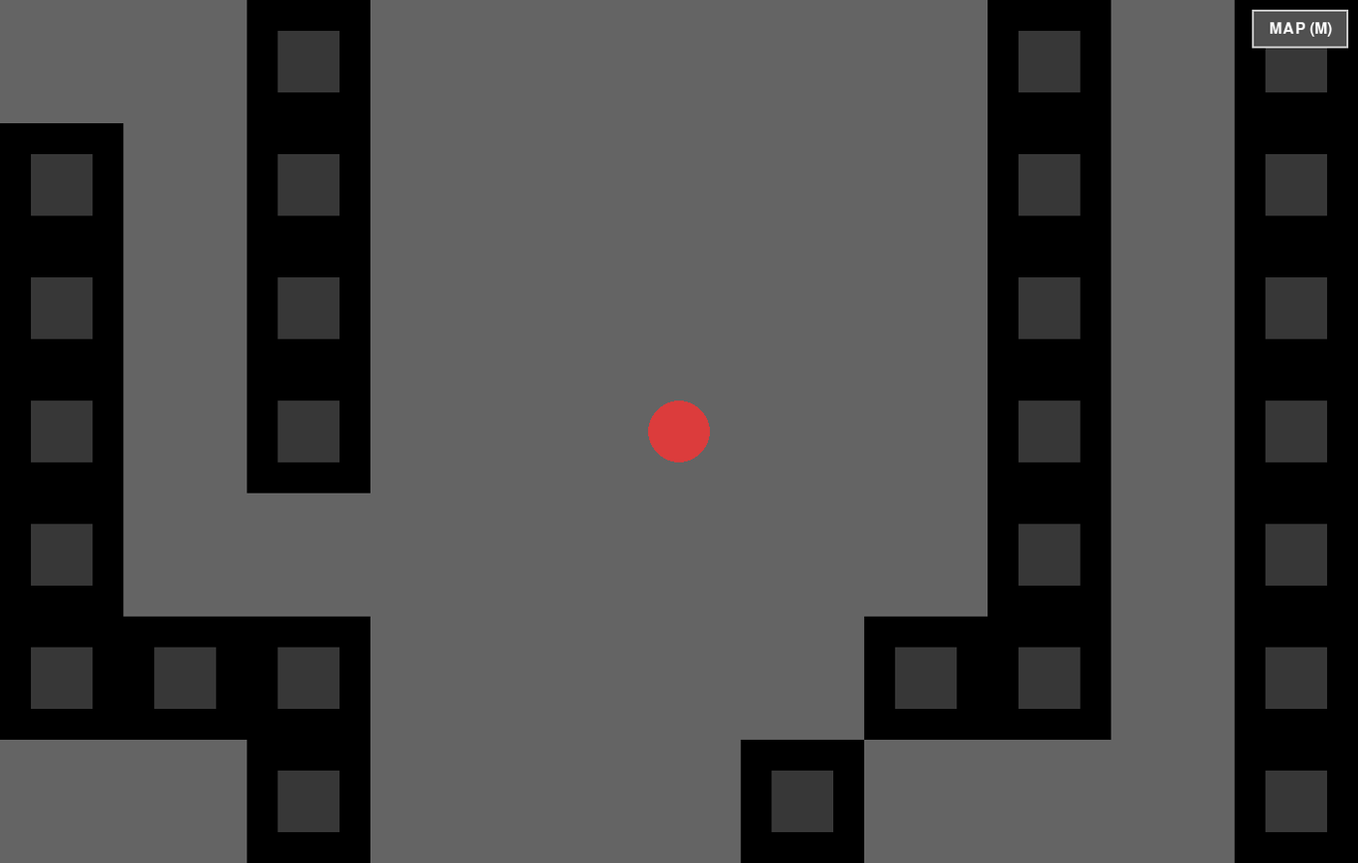
Repository: Nakib-Arman/Game-Jam-2026
Script's output: python main.py
These files come from the project's save history. The script's output is drawn as it stood at one moment and after a run of saves; the edit follows.
The pictures are shown at 97% of full size.
Figures wider than 1,400 px are first shrunk to that width. The window is shown after at most 60 frames with no key pressed. Random numbers start from a fixed seed.

Above is the script's output before, as saved 2026-01-24 22:13:30.

After the next 7 saves:
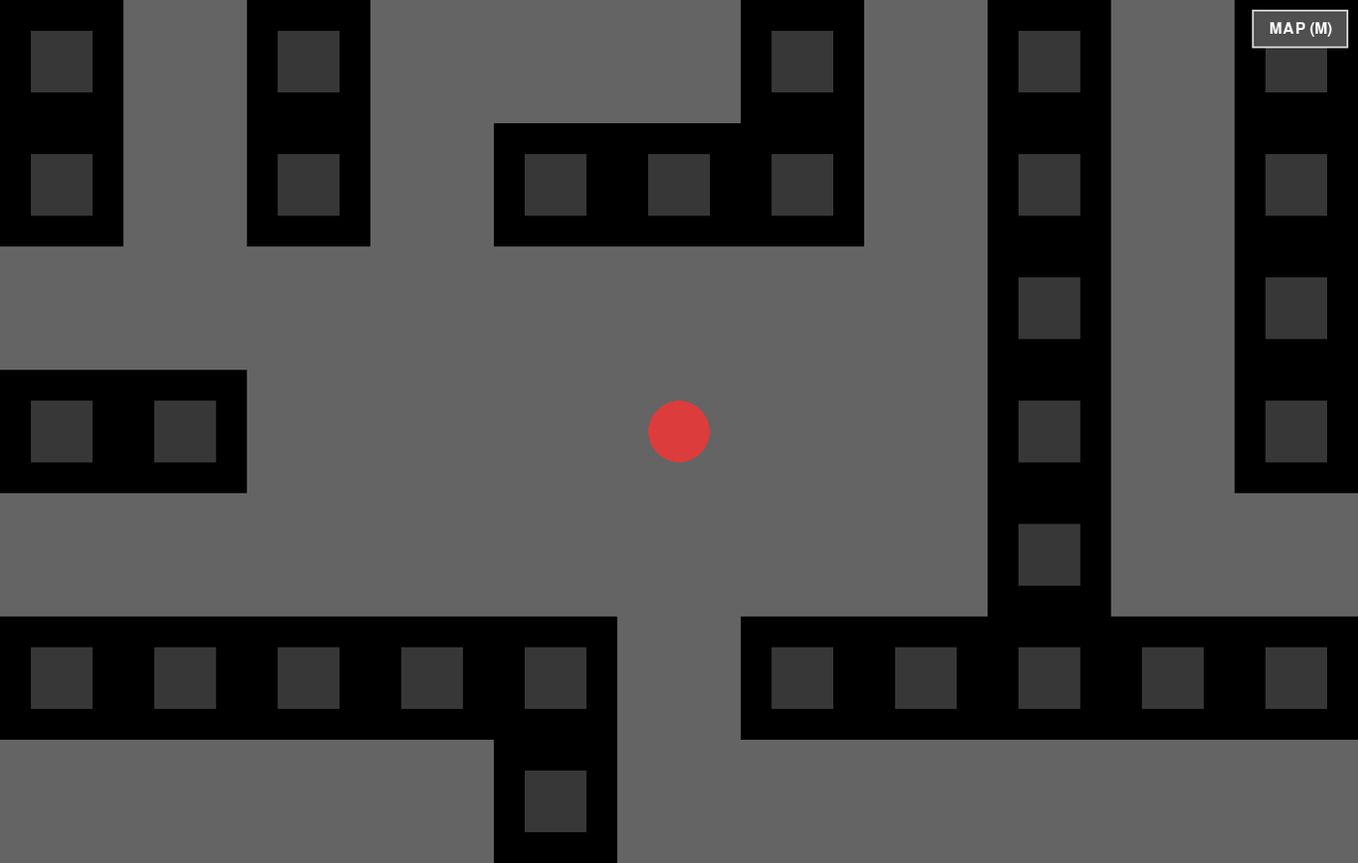
The 7 saves are shown as one change because 1 did not build or start and some came seconds apart.
The last was saved 3 min 7 s later.
--- a/main.py
+++ b/main.py
@@ -6,8 +6,8 @@
 # CONFIGURATION
 # ======================
 
-WORLD_ROWS = 50
-WORLD_COLS = 50
+WORLD_ROWS = 40
+WORLD_COLS = 40
 
 VIEW_ROWS = 7
 VIEW_COLS = 11
